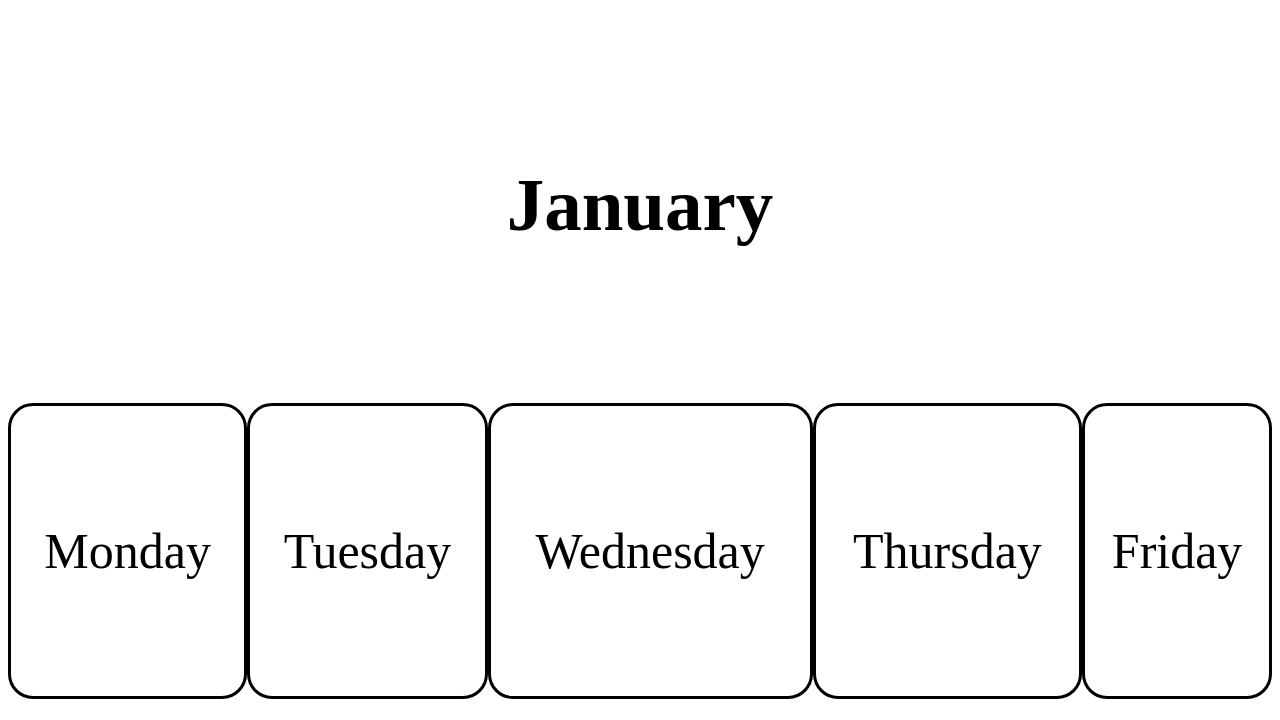
Repository: shleewhite/missionBitCalendar
Page: views/oct.html
The author's editor kept a record of every edit. The page is drawn from the files as they stood at one moment, then again after the next edit.
The browser window is 1280 px wide. The pictures show the whole page.

Above is the page before.

### views/oct.html
<article id="oct">
<html>
    <link rel="stylesheet" type="text/css" href="main.css">
    <head></head>
    <body>
        <table id="monthTable">
                <th class="monthHeader" colspan="5">January</th>
            <tr>
                <td class="weekday">Monday</td>
                <td class="weekday">Tuesday</td>
                <td class="weekday">Wednesday</td>
                <td class="weekday">Thursday</td>
                <td class="weekday">Friday</td>
            </tr>
            <tr>
                <td></td>
            </tr>
        </table>
    </body>
</html>

### views/main.css
table {
    text-align: center;
    font-size: 50px;
    width: 100%;
    height: 700px;
    border-spacing: 50px 20px;

}
table th {
    text-align: center;
}
#year{
    /*font-family: 'Lobster', cursive;*/
    font-size: 100px;
}
.month{
    border-collapse: separate;
    border-color: #000000;
    border-radius: 25px;
    border-style: double;

    border-top-width: 15px;
    border-bottom-width: 15px;
    border-left-width: 15px;
    border-right-width: 15px;
    cursor: pointer;
}
.monthHeader {
    font-size: 75px;
    border-style: none;
}
.weekday {
    font-size: 50px;
    border-style: solid;
    border-radius: 25px;
}
#monthTable {
    border-spacing: 0px;
    border-color: #000000;
    border-radius: 25px;
    cursor: pointer;
    padding: 0px;
}
.days {
    font-size: 20px;
    text-align: left;
    border-style: double;
}
.noOne {
    text-align: center;
}
.nextMonth {
    color: #9C9C9C;
}

After the next edit:
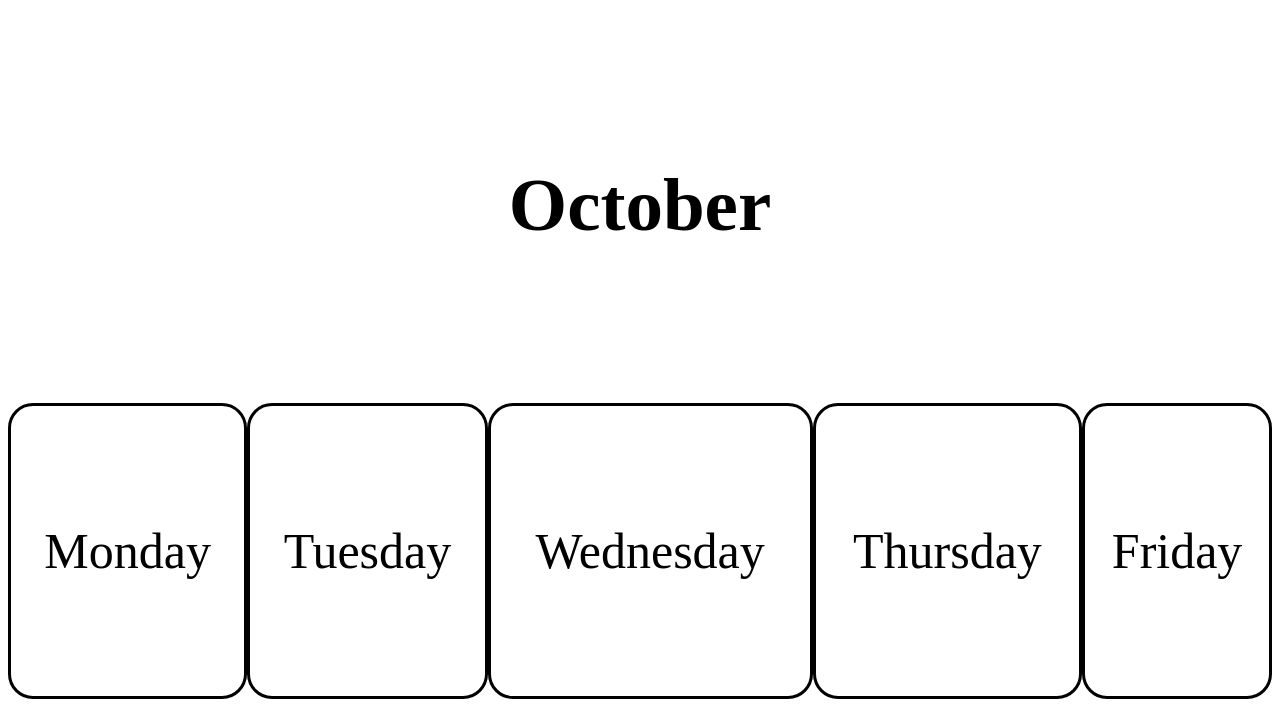
The edit:
--- a/views/oct.html
+++ b/views/oct.html
@@ -4,7 +4,7 @@
     <head></head>
     <body>
         <table id="monthTable">
-                <th class="monthHeader" colspan="5">January</th>
+                <th class="monthHeader" colspan="5">October</th>
             <tr>
                 <td class="weekday">Monday</td>
                 <td class="weekday">Tuesday</td>
